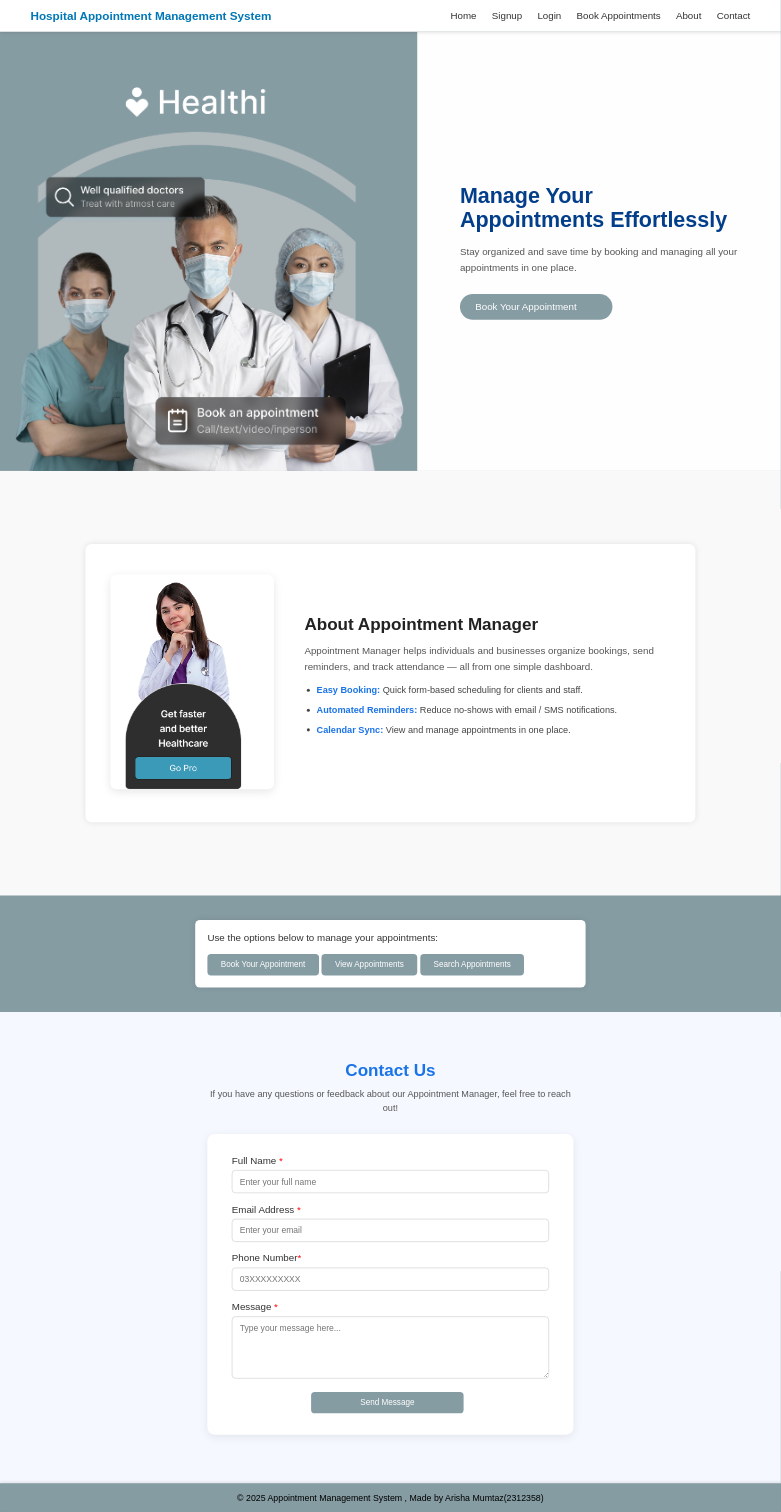
Repository: Arisha004/Hospital-Appointment-Management-System
Page: landingpage.html
The author's editor kept a copy of each file at every save. The page is drawn from the files as they stood at one save, then again after a run of saves.
The browser window is 1280 px wide. The pictures show the whole page, at 61% of full size.

Above is the page before, as saved 2025-10-26 21:14:24.

After the next 2 saves:
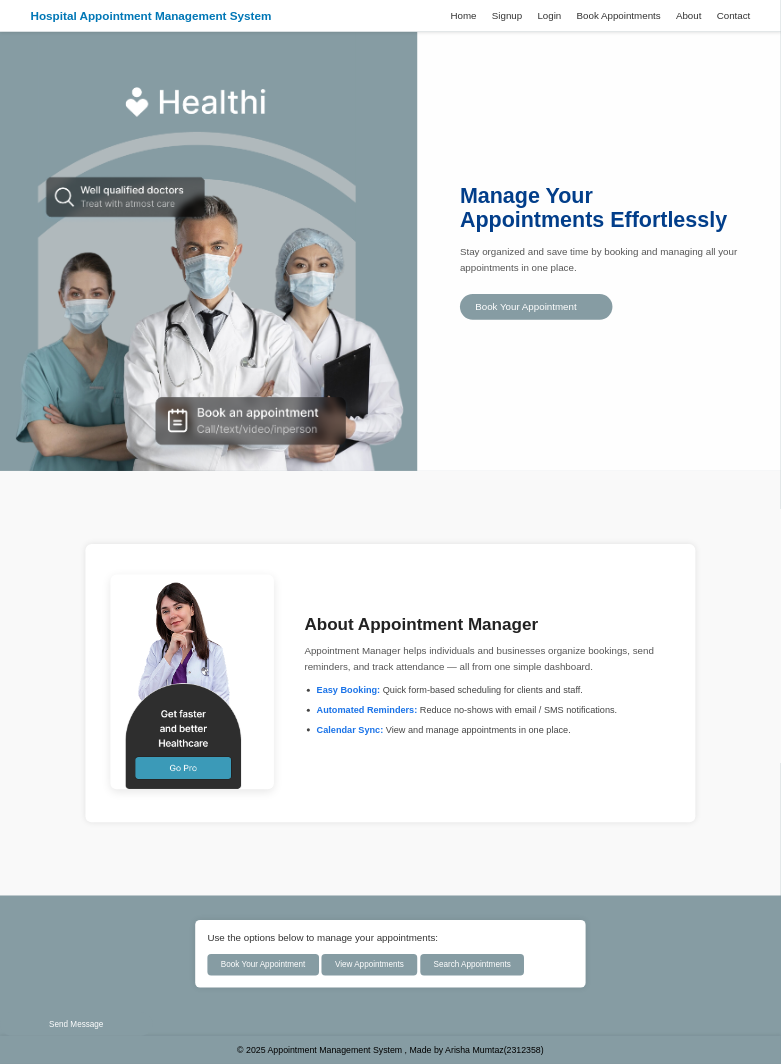
The 2 saves are shown as one change because they came seconds apart.
The last was saved 11 s later.
--- a/landingpage.html
+++ b/landingpage.html
@@ -86,38 +86,12 @@
 
   </section>
 
-  <section id="contact" class="contact">
-    <div class="container contact-inner">
-      <h2>Contact Us</h2>
-      <p>If you have any questions or feedback about our Appointment Manager, feel free to reach out!</p>
-
-      <form action="insertcontactform.php" method="post" class="contact-form">
-        <div class="form-group">
-          <label for="name">Full Name <span>*</span></label>
-          <input type="text" id="name" name="name" placeholder="Enter your full name" required pattern="^[A-Za-z\s]{3,}$"  title="Full name should contain only letters and spaces, and must be at least 3 characters long.">
-
-        </div>
-
-        <div class="form-group">
-          <label for="email">Email Address <span>*</span></label>
-          <input type="email" id="email" name="email" placeholder="Enter your email" title="Please enter a valid email address, e.g. example@gmail.com." required>
-        </div>
-
-        <div class="form-group">
-          <label for="phone">Phone Number<span>*</span></label>
-          <input type="tel" id="phone" name="phone" placeholder="03XXXXXXXXX" required pattern="[0-9]{11}" title="Enter 11-digit number only">
-        </div>
-
-        <div class="form-group">
-          <label for="message">Message <span>*</span></label>
-          <textarea id="message" name="message" rows="5" placeholder="Type your message here..." required  pattern=".*\S.*" minlength="10"  title="Message must be at least 10 characters long."></textarea>
-        </div>
 
         <button type="submit" class="btn">Send Message</button>
       </form>
     </div>
-</section>
 
+  </section>
 
   <footer>
     <p>© 2025 Appointment Management System , Made by Arisha Mumtaz(2312358)</p>

After the 2 saves that followed:
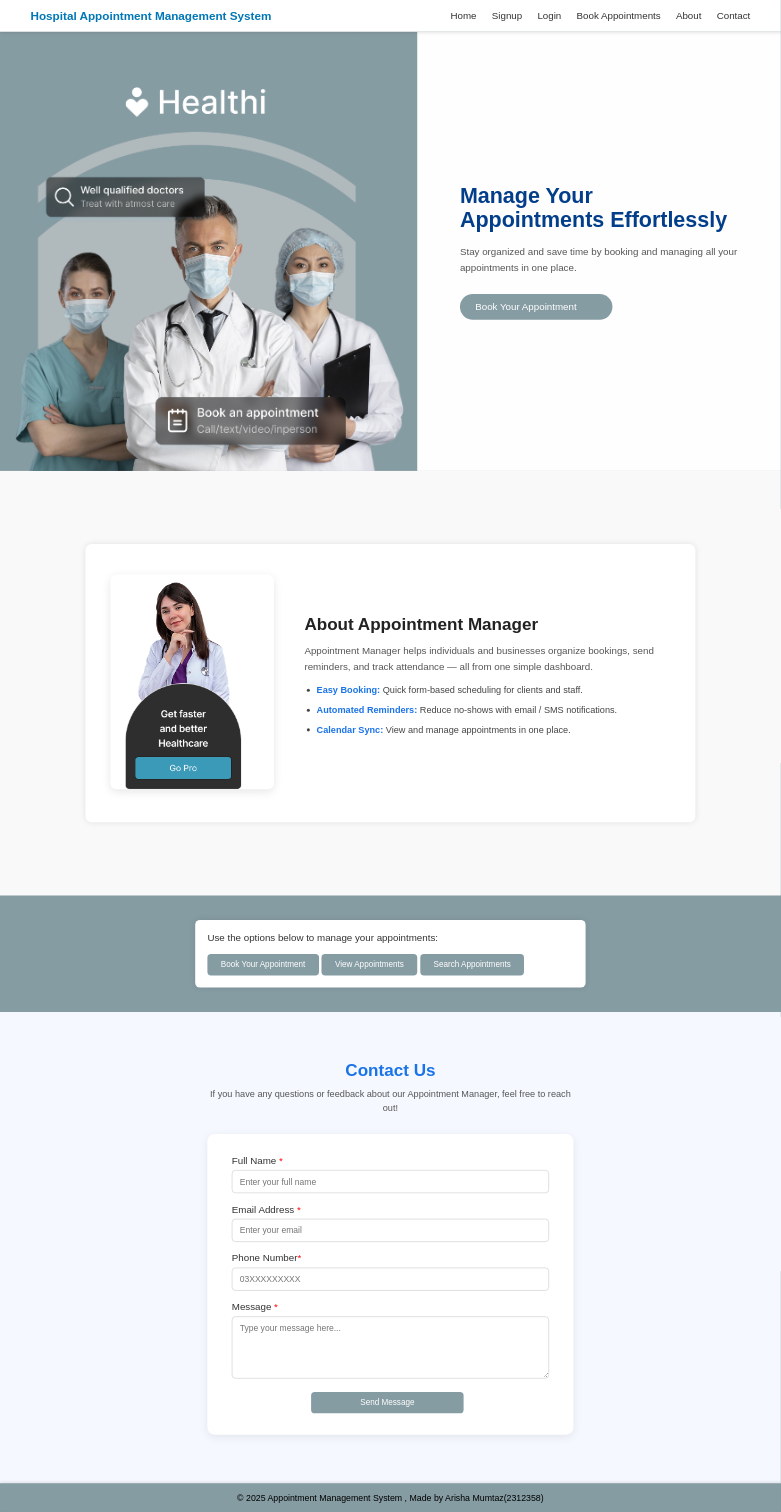
The 2 saves are shown as one change because they came seconds apart.
The last was saved 30 s later.
--- a/landingpage.html
+++ b/landingpage.html
@@ -85,11 +85,37 @@
       </div>
 
   </section>
+<section id="contact" class="contact">
+    <div class="container contact-inner">
+      <h2>Contact Us</h2>
+      <p>If you have any questions or feedback about our Appointment Manager, feel free to reach out!</p>
 
+      <form action="insertcontactform.php" method="post" class="contact-form">
+        <div class="form-group">
+          <label for="name">Full Name <span>*</span></label>
+          <input type="text" id="name" name="name" placeholder="Enter your full name" required pattern="^[A-Za-z\s]{3,}$"  title="Full name should contain only letters and spaces, and must be at least 3 characters long.">
+
+        </div>
+
+        <div class="form-group">
+          <label for="email">Email Address <span>*</span></label>
+          <input type="email" id="email" name="email" placeholder="Enter your email" title="Please enter a valid email address, e.g. example@gmail.com." required>
+        </div>
+
+        <div class="form-group">
+          <label for="phone">Phone Number<span>*</span></label>
+          <input type="tel" id="phone" name="phone" placeholder="03XXXXXXXXX" required pattern="[0-9]{11}" title="Enter 11-digit number only">
+        </div>
+
+        <div class="form-group">
+          <label for="message">Message <span>*</span></label>
+          <textarea id="message" name="message" rows="5" placeholder="Type your message here..." required  pattern=".*\S.*" minlength="10"  title="Message must be at least 10 characters long."></textarea>
+        </div>
 
         <button type="submit" class="btn">Send Message</button>
       </form>
     </div>
+</section>
 
   </section>
 
